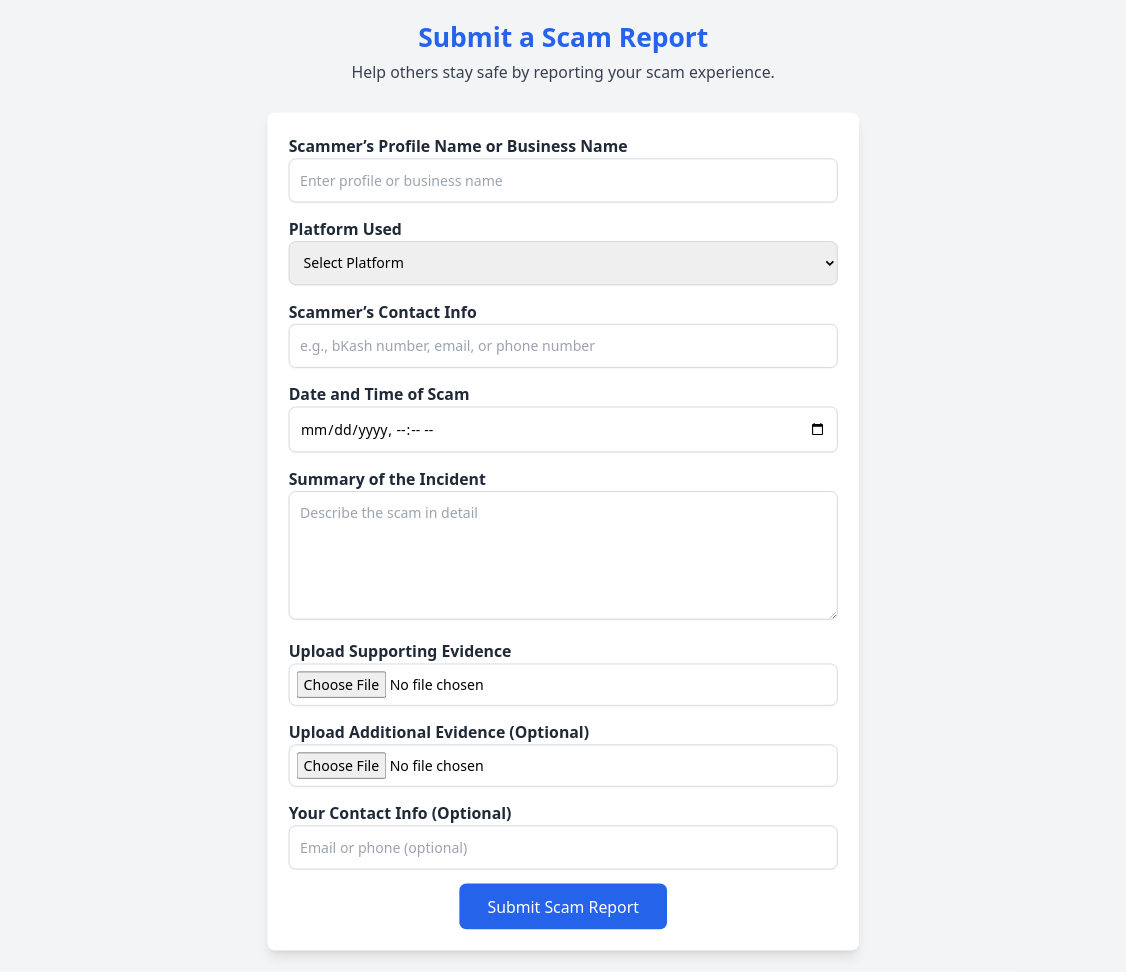
Repository: dev-athar/protarok
Page: /submit-scam
These files come from the project's save history. The page is drawn as it stood at one moment and after the next save; the edit follows.
The browser window is 1280 px wide. The pictures show the whole page, at 88% of full size.
The project was rebuilt for these pictures with package versions that can differ from the ones it lists, and the page was loaded fresh each time. Also part of the build but not shown: vite.config.ts, src/pages/HomePage.tsx, src/pages/SearchResultsPage.tsx.

Above is the page before, as saved 2024-12-29 13:08:39.

### src/main.tsx
import { StrictMode } from "react";
import { createRoot } from "react-dom/client";
import "./index.css";
// import "./styles.css";
import App from "./App.tsx";

createRoot(document.getElementById("root")!).render(
  <StrictMode>
    <App />
  </StrictMode>
);

### src/App.tsx
// src/App.js
import { BrowserRouter as Router, Routes, Route } from "react-router-dom";
import HomePage from "./pages/HomePage";
import SearchResultsPage from "./pages/SearchResultsPage";
import SubmitScamPage from "./pages/SubmitScamPage";

function App() {
  return (
    <Router>
      <Routes>
        <Route path="/" element={<HomePage />} />
        <Route path="/search" element={<SearchResultsPage />} />
        <Route path="/submit-scam" element={<SubmitScamPage />} />
      </Routes>
    </Router>
  );
}

export default App;

### src/pages/SubmitScamPage.tsx
// src/pages/SubmitScamPage.js
import { useState } from "react";

const SubmitScamPage = () => {
  const [formData, setFormData] = useState({
    scamProfileName: "",
    platform: "",
    scamContactInfo: "",
    dateOfScam: "",
    description: "",
    proof: null,
    paymentMethod: "",
    additionalEvidence: null,
    victimContactInfo: "",
  });
  const [isSubmitted, setIsSubmitted] = useState(false);

  const handleChange = (e) => {
    const { name, value } = e.target;
    setFormData((prev) => ({
      ...prev,
      [name]: value,
    }));
  };

  const handleFileChange = (e) => {
    const { name, files } = e.target;
    setFormData((prev) => ({
      ...prev,
      [name]: files[0],
    }));
  };

  const handleSubmit = (e) => {
    e.preventDefault();
    // Mock submission logic; replace with your Firebase or backend logic
    console.log("Form Submitted", formData);

    // Reset form and show confirmation message
    setFormData({
      scamProfileName: "",
      platform: "",
      scamContactInfo: "",
      dateOfScam: "",
      description: "",
      proof: null,
      paymentMethod: "",
      additionalEvidence: null,
      victimContactInfo: "",
    });
    setIsSubmitted(true);

    // Hide confirmation message after a timeout
    setTimeout(() => setIsSubmitted(false), 5000);
  };

  return (
    <div className="min-h-screen bg-gray-100 p-6">
      <header className="text-center mb-8">
        <h1 className="text-3xl font-bold text-blue-600">
          Submit a Scam Report
        </h1>
        <p className="text-lg text-gray-700 mt-2">
          Help others stay safe by reporting your scam experience.
        </p>
      </header>

      <div className="max-w-2xl mx-auto bg-white p-6 rounded-lg shadow-lg">
        {isSubmitted && (
          <div className="mb-4 p-4 text-green-700 bg-green-100 rounded-lg">
            Thank you! Your report has been submitted and is pending admin
            approval.
          </div>
        )}

        <form onSubmit={handleSubmit}>
          {/* Scam Profile Name */}
          <div className="mb-4">
            <label
              htmlFor="scamProfileName"
              className="block text-lg font-semibold text-gray-800"
            >
              Scammer’s Profile Name or Business Name
            </label>
            <input
              type="text"
              id="scamProfileName"
              name="scamProfileName"
              value={formData.scamProfileName}
              onChange={handleChange}
              className="w-full p-3 border border-gray-300 rounded-lg shadow-sm focus:outline-none focus:ring-2 focus:ring-blue-500"
              placeholder="Enter profile or business name"
              required
            />
          </div>

          {/* Platform Used */}
          <div className="mb-4">
            <label
              htmlFor="platform"
              className="block text-lg font-semibold text-gray-800"
            >
              Platform Used
            </label>
            <select
              id="platform"
              name="platform"
              value={formData.platform}
              onChange={handleChange}
              className="w-full p-3 border border-gray-300 rounded-lg shadow-sm focus:outline-none focus:ring-2 focus:ring-blue-500"
              required
            >
              <option value="">Select Platform</option>
              <option value="Facebook">Facebook</option>
              <option value="Website">Website</option>
              <option value="Phone">Phone</option>
              <option value="Other">Other</option>
            </select>
          </div>

          {/* Scammer’s Contact Info */}
          <div className="mb-4">
            <label
              htmlFor="scamContactInfo"
              className="block text-lg font-semibold text-gray-800"
            >
              Scammer’s Contact Info
            </label>
            <input
              type="text"
              id="scamContactInfo"
              name="scamContactInfo"
              value={formData.scamContactInfo}
              onChange={handleChange}
              className="w-full p-3 border border-gray-300 rounded-lg shadow-sm focus:outline-none focus:ring-2 focus:ring-blue-500"
              placeholder="e.g., bKash number, email, or phone number"
              required
            />
          </div>

          {/* Date and Time of Scam */}
          <div className="mb-4">
            <label
              htmlFor="dateOfScam"
              className="block text-lg font-semibold text-gray-800"
            >
              Date and Time of Scam
            </label>
            <input
              type="datetime-local"
              id="dateOfScam"
              name="dateOfScam"
              value={formData.dateOfScam}
              onChange={handleChange}
              className="w-full p-3 border border-gray-300 rounded-lg shadow-sm focus:outline-none focus:ring-2 focus:ring-blue-500"
              required
            />
          </div>

          {/* Description */}
          <div className="mb-4">
            <label
              htmlFor="description"
              className="block text-lg font-semibold text-gray-800"
            >
              Summary of the Incident
            </label>
            <textarea
              id="description"
              name="description"
              value={formData.description}
              onChange={handleChange}
              className="w-full p-3 border border-gray-300 rounded-lg shadow-sm focus:outline-none focus:ring-2 focus:ring-blue-500"
              rows="5"
              placeholder="Describe the scam in detail"
              required
            ></textarea>
          </div>

          {/* Supporting Evidence */}
          <div className="mb-4">
            <label
              htmlFor="proof"
              className="block text-lg font-semibold text-gray-800"
            >
              Upload Supporting Evidence
            </label>
            <input
              type="file"
              id="proof"
              name="proof"
              accept="image/*,.pdf"
              onChange={handleFileChange}
              className="w-full p-2 border border-gray-300 rounded-lg shadow-sm focus:outline-none focus:ring-2 focus:ring-blue-500"
              required
            />
          </div>

          {/* Additional Evidence */}
          <div className="mb-4">
            <label
              htmlFor="additionalEvidence"
              className="block text-lg font-semibold text-gray-800"
            >
              Upload Additional Evidence (Optional)
            </label>
            <input
              type="file"
              id="additionalEvidence"
              name="additionalEvidence"
              accept="image/*,.pdf"
              onChange={handleFileChange}
              className="w-full p-2 border border-gray-300 rounded-lg shadow-sm focus:outline-none focus:ring-2 focus:ring-blue-500"
            />
          </div>

          {/* Victim Contact Info */}
          <div className="mb-4">
            <label
              htmlFor="victimContactInfo"
              className="block text-lg font-semibold text-gray-800"
            >
              Your Contact Info (Optional)
            </label>
            <input
              type="text"
              id="victimContactInfo"
              name="victimContactInfo"
              value={formData.victimContactInfo}
              onChange={handleChange}
              className="w-full p-3 border border-gray-300 rounded-lg shadow-sm focus:outline-none focus:ring-2 focus:ring-blue-500"
              placeholder="Email or phone (optional)"
            />
          </div>

          {/* Submit Button */}
          <div className="text-center">
            <button
              type="submit"
              className="bg-blue-600 text-white py-3 px-8 rounded-lg text-lg hover:bg-blue-700 transition duration-300"
            >
              Submit Scam Report
            </button>
          </div>
        </form>
      </div>
    </div>
  );
};

export default SubmitScamPage;

### tailwind.config.js
/** @type {import('tailwindcss').Config} */
// export default {
module.exports = {
  content: ["./index.html", "./src/**/*.{js,ts,jsx,tsx}"],
  theme: {
    extend: {},
  },
  plugins: [],
};

Loaded but not shown: index.html (common file); src/index.css (common file)

After the next save:
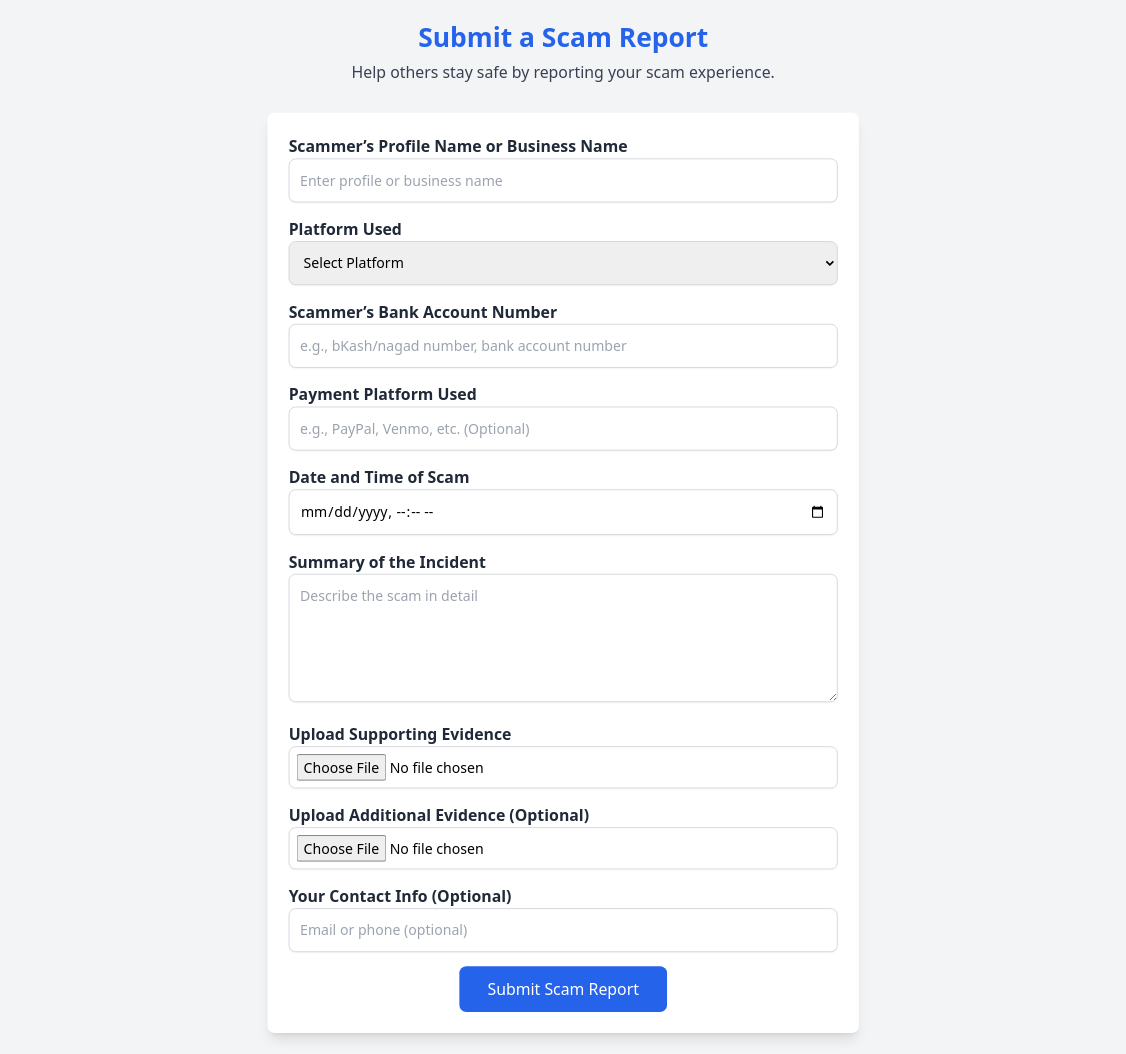
Saved 2 h 5 min later.
--- a/src/pages/SubmitScamPage.tsx
+++ b/src/pages/SubmitScamPage.tsx
@@ -118,23 +118,42 @@ const SubmitScamPage = () => {
             </select>
           </div>
 
-          {/* Scammer’s Contact Info */}
-          <div className="mb-4">
-            <label
-              htmlFor="scamContactInfo"
-              className="block text-lg font-semibold text-gray-800"
-            >
-              Scammer’s Contact Info
-            </label>
-            <input
-              type="text"
-              id="scamContactInfo"
-              name="scamContactInfo"
-              value={formData.scamContactInfo}
-              onChange={handleChange}
-              className="w-full p-3 border border-gray-300 rounded-lg shadow-sm focus:outline-none focus:ring-2 focus:ring-blue-500"
-              placeholder="e.g., bKash number, email, or phone number"
-              required
+          {/* Scammer’s Bank Account Number */}
+          <div className="mb-4">
+            <label
+              htmlFor="scamBankAccountNumber"
+              className="block text-lg font-semibold text-gray-800"
+            >
+              Scammer’s Bank Account Number
+            </label>
+            <input
+              type="text"
+              id="scamBankAccountNumber"
+              name="scamBankAccountNumber"
+              value={formData.scamBankAccountNumber}
+              onChange={handleChange}
+              className="w-full p-3 border border-gray-300 rounded-lg shadow-sm focus:outline-none focus:ring-2 focus:ring-blue-500"
+              placeholder="e.g., bKash/nagad number, bank account number"
+              required
+            />
+          </div>
+
+          {/* Payment Platform */}
+          <div className="mb-4">
+            <label
+              htmlFor="paymentPlatform"
+              className="block text-lg font-semibold text-gray-800"
+            >
+              Payment Platform Used
+            </label>
+            <input
+              type="text"
+              id="paymentPlatform"
+              name="paymentPlatform"
+              value={formData.paymentPlatform}
+              onChange={handleChange}
+              className="w-full p-3 border border-gray-300 rounded-lg shadow-sm focus:outline-none focus:ring-2 focus:ring-blue-500"
+              placeholder="e.g., PayPal, Venmo, etc. (Optional)"
             />
           </div>
 
